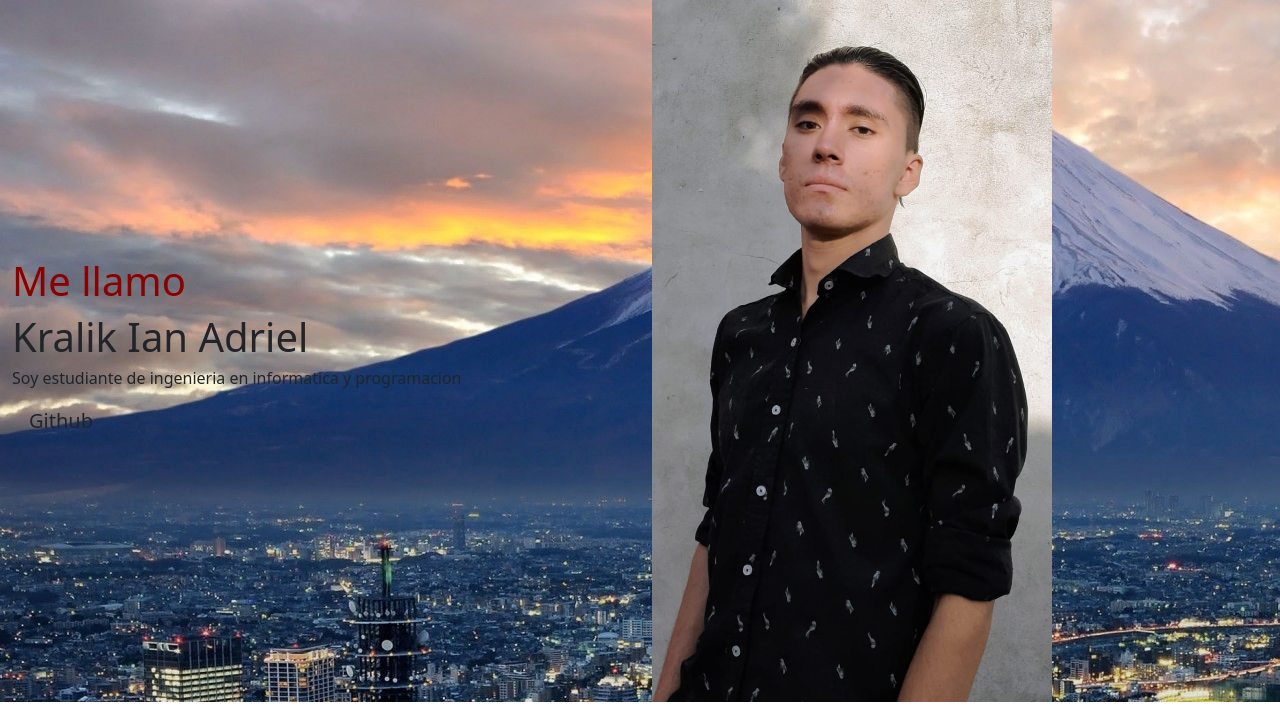
Repository: IanKralik/repositorio-de-prueba
Page: Prueba/index.html
An editor plug-in stored every save of this project. The page is shown before and after the next save, followed by the edit.
The browser window is 1280 px wide. The pictures show the whole page.

Above is the page before, as saved 2022-12-06 17:17:03.

After the next save:
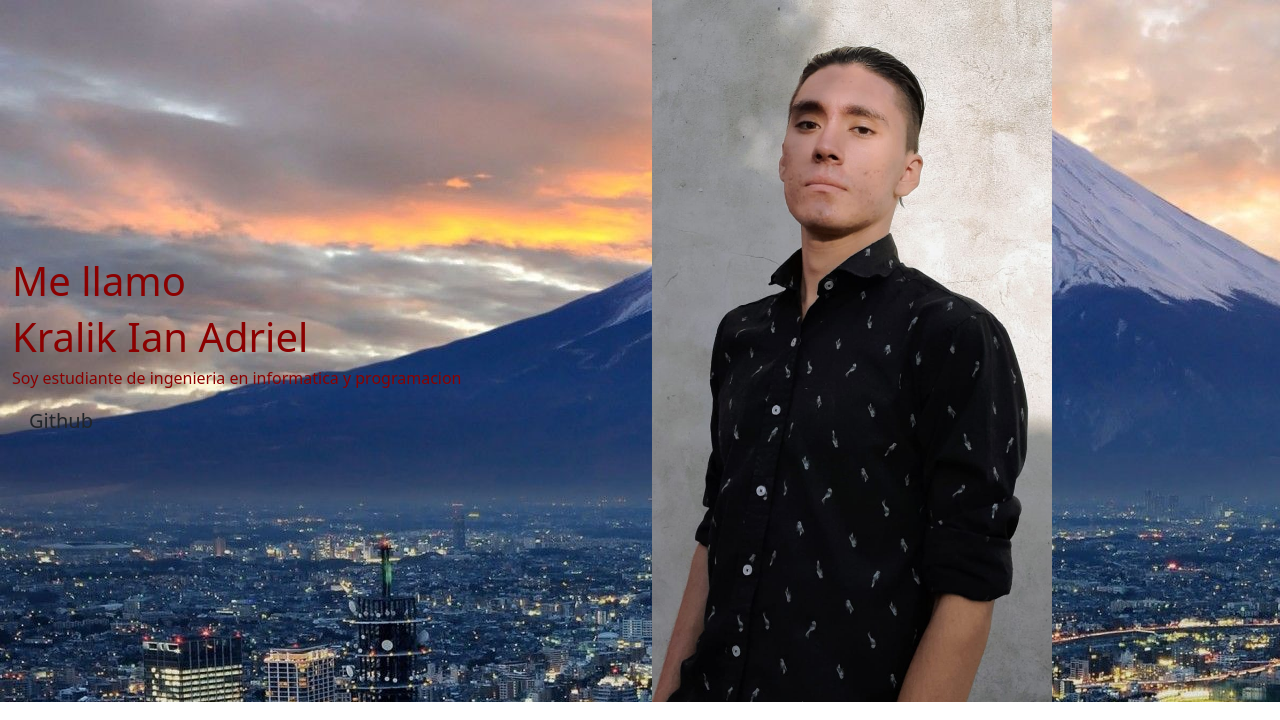
Saved 24 s later.
--- a/Prueba/index.html
+++ b/Prueba/index.html
@@ -17,10 +17,10 @@
                             <h1 class="color">Me llamo</h1>
                       </div>
                       <div class="row">
-                            <h1>Kralik Ian Adriel</h1>
+                            <h1 class="color">Kralik Ian Adriel</h1>
                       </div>
                         <div class="row">
-                            <h6>Soy estudiante de ingenieria en informatica y programacion </h6>
+                            <h6 class="color">Soy estudiante de ingenieria en informatica y programacion </h6>
                             <div class="row-10 espacio-superior d-flex justify-content-center">
                             </div>
                     </div>
